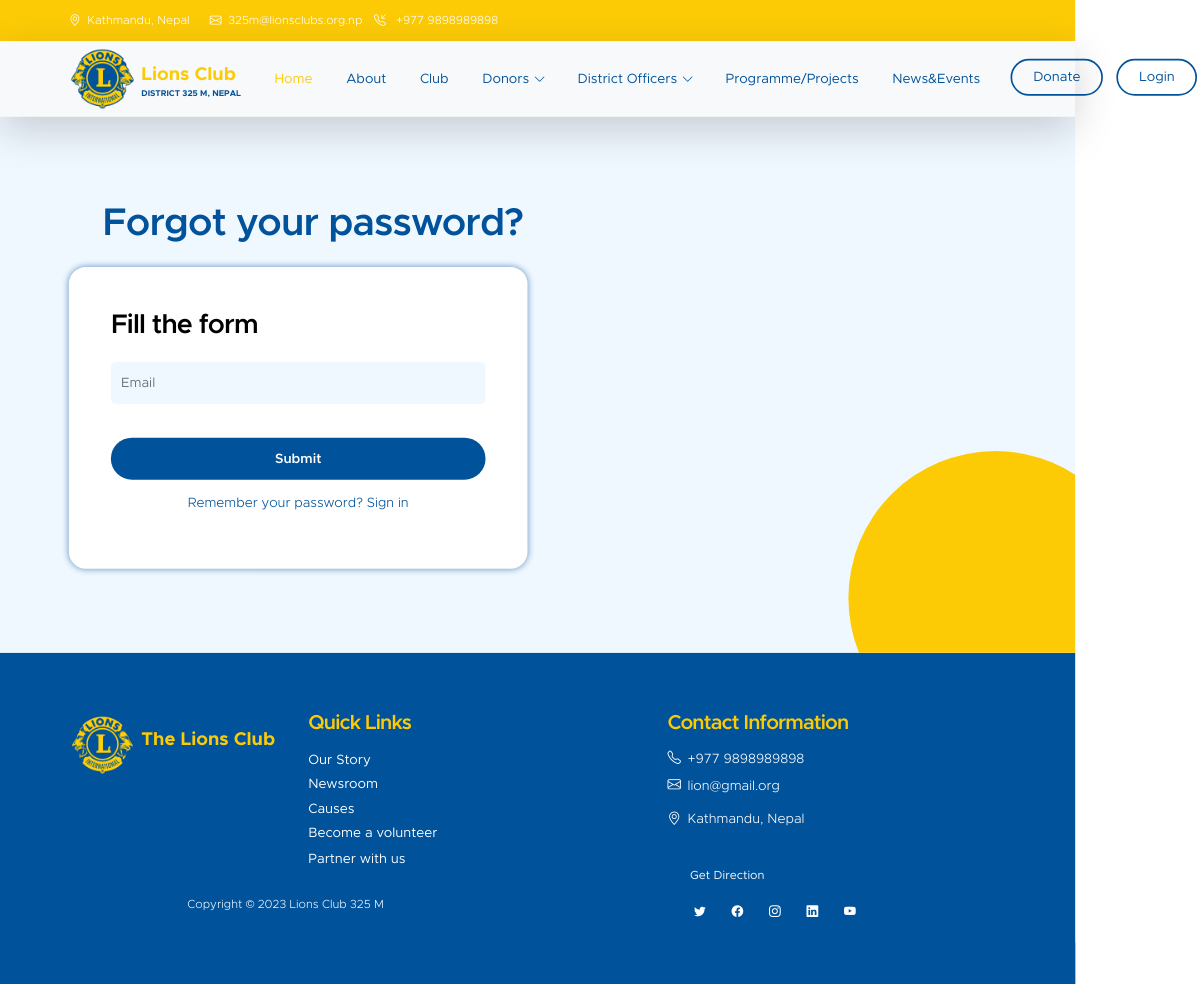
Repository: sandhya8109/Lions
Page: http://localhost/forget.php
An editor plug-in stored every save of this project. The page is shown before and after the next save, followed by the edit.
The browser window is 1280 px wide. The page is 1425 px wide, so the pictures cover 1425 px, including what lies to the right of the window. The pictures show the whole page, at 84% of full size.
The page is run by PHP 8.4 with error messages shown; the project is at /var/www/html/.

Above is the page before, as saved 2023-06-18 14:01:27.
Console error: TypeError: Cannot read properties of undefined (reading 'top')

After the next save:
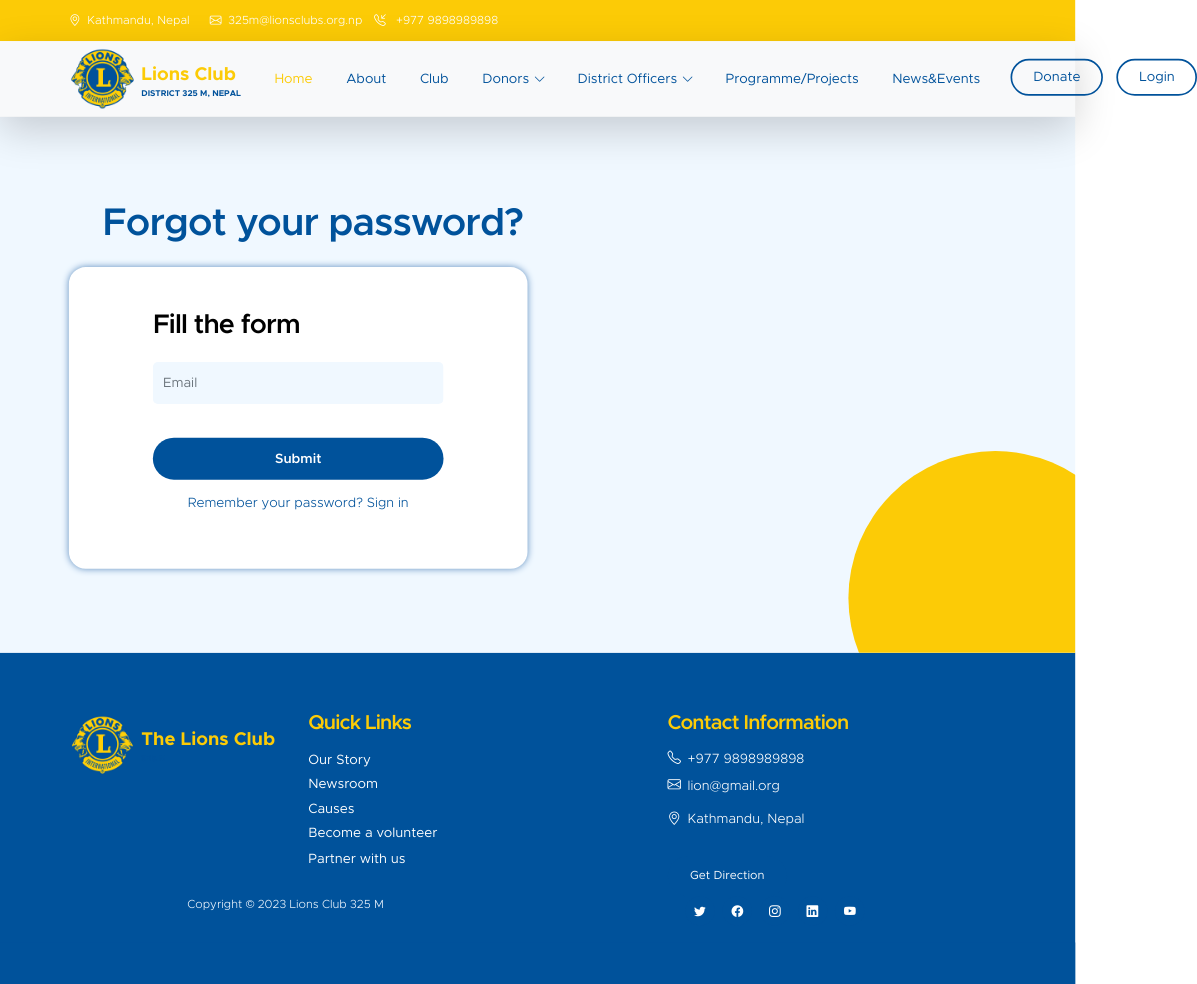
Saved 28 s later.
--- a/forget.php
+++ b/forget.php
@@ -8,7 +8,7 @@
             <div class="col-lg-6 col-12">
                 <h2 class="mb-4" style="color:#00529b; padding-left:40px; ">Forgot your password?</h2>
                 <form class="custom-form volunteer-form mb-5 mb-lg-0" action="#" method="post" role="form"
-                    style="box-shadow: 0 0 9px rgb(91, 139, 190);">
+                    style="box-shadow: 0 0 9px rgb(91, 139, 190); padding-left:100px; padding-right:100px;">
                     <h3 class="mb-4">Fill the form</h3>
 
                     <div class="row">
